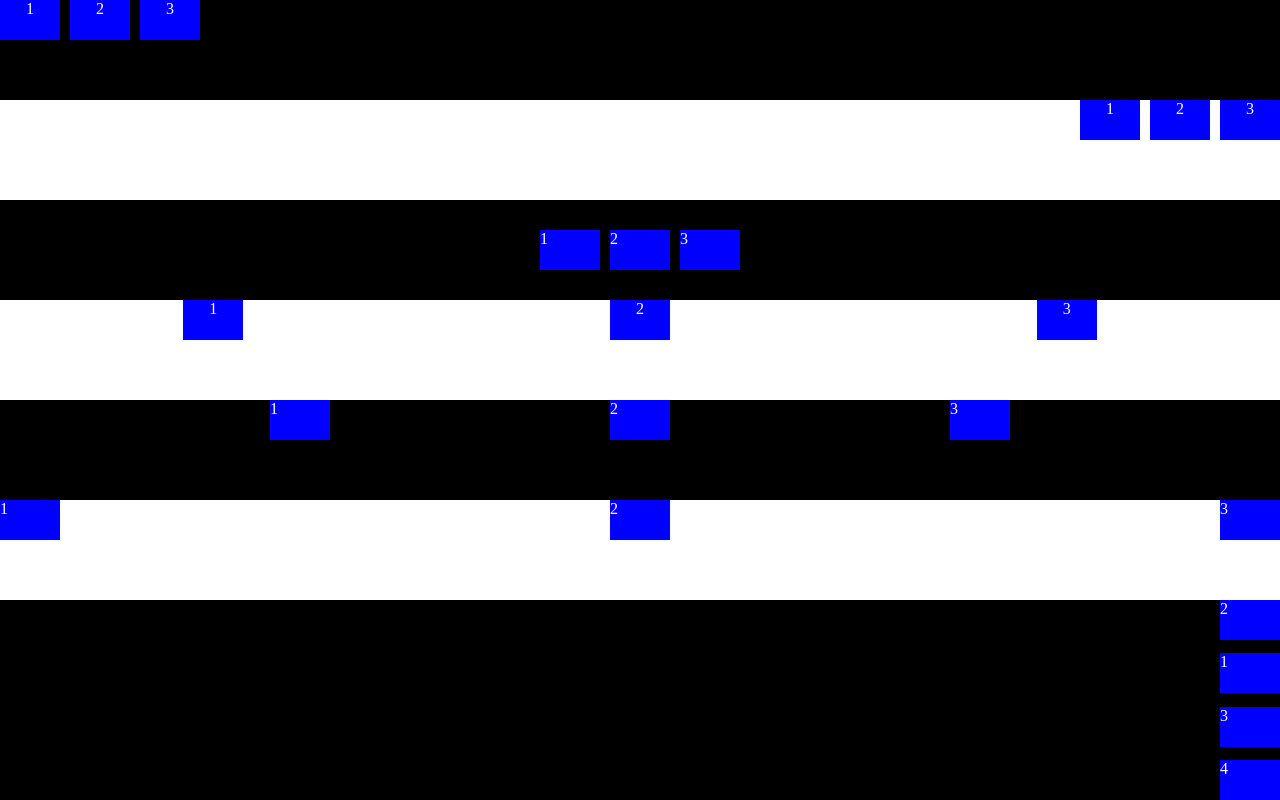
Repository: Elesion08/flexbox
Page: index.html
The author's editor kept a copy of each file at every save. The page is drawn from the files as they stood at one save, then again after the next save.
The browser window is 1280 px wide. The pictures show the whole page.

Above is the page before, as saved 2025-04-15 09:21:57.

After the next save:
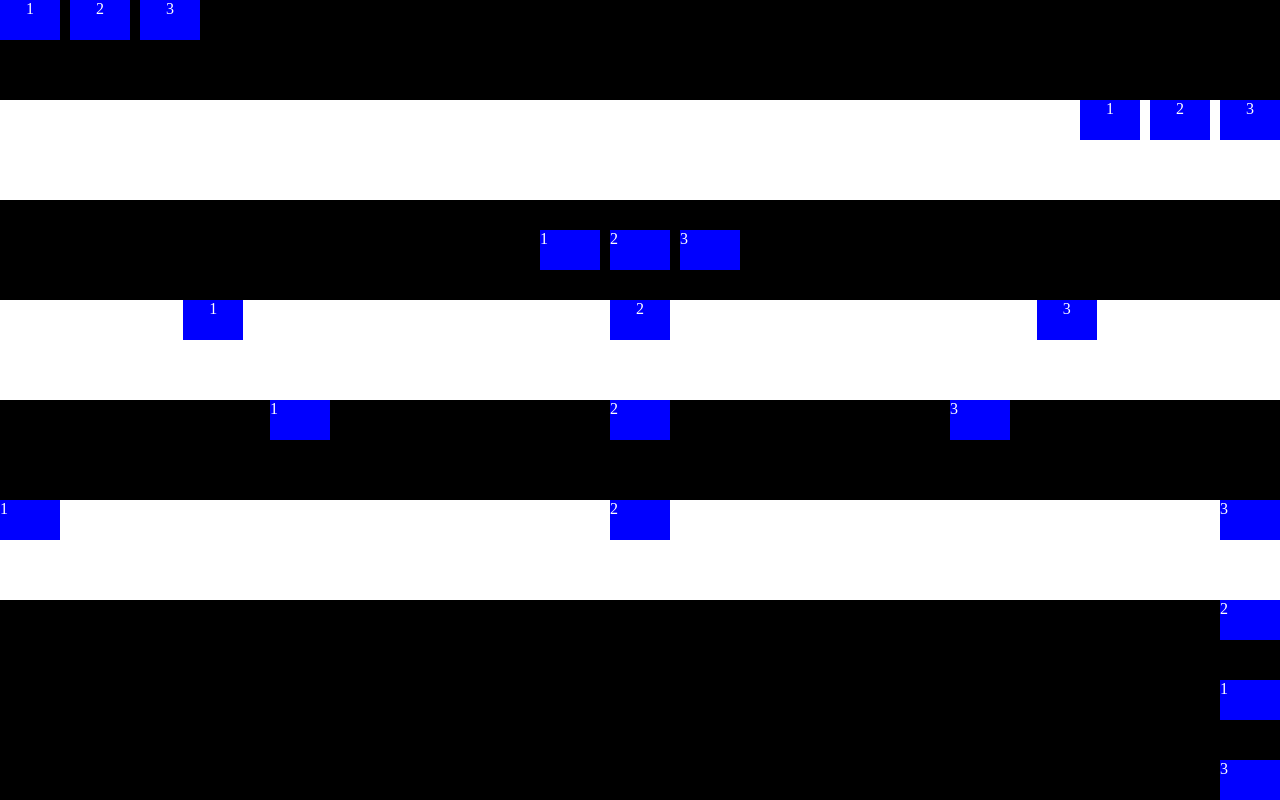
Saved 106 s later.
--- a/index.html
+++ b/index.html
@@ -42,7 +42,6 @@
             <div class="box7">2</div>
             <div class="box7">1</div>
             <div class="box7">3</div>
-            <div class="box7">4</div>
         </div>
     </div>
 </body>

After the 2 saves that followed:
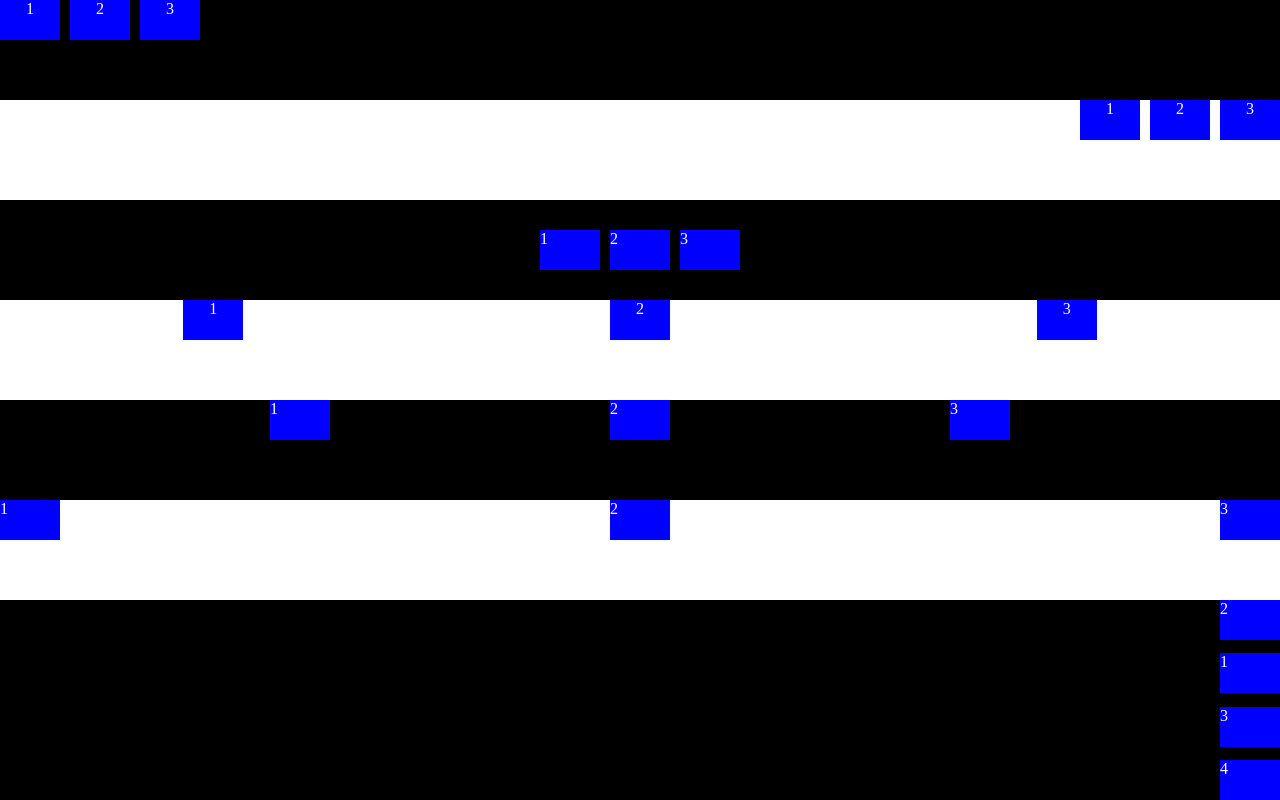
The 2 saves are shown as one change because they came seconds apart.
The last was saved 6 min 41 s later.
--- a/index.html
+++ b/index.html
@@ -42,6 +42,7 @@
             <div class="box7">2</div>
             <div class="box7">1</div>
             <div class="box7">3</div>
+            <div class="box7">4</div>
         </div>
     </div>
 </body>
